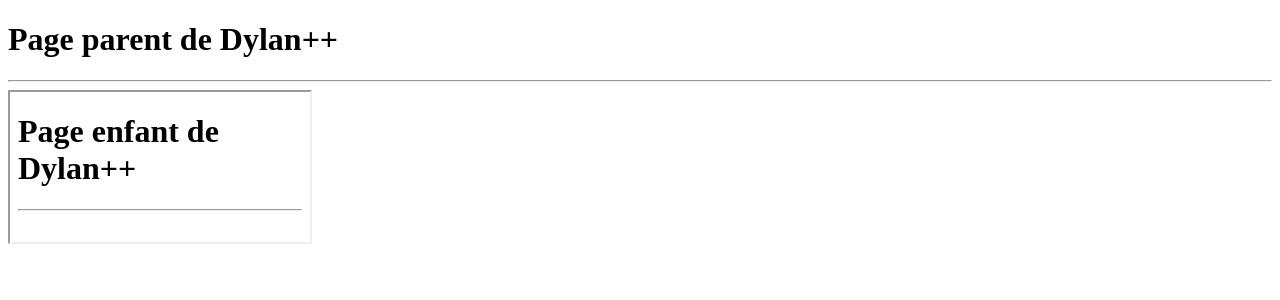
Repository: DylanCahu/cookie
Page: http://localhost/parent.php
An editor plug-in stored every save of this project. The page is shown before and after the next save, followed by the edit.
The browser window is 1280 px wide. The pictures show the whole page.
The page is run by PHP 8.4 with error messages shown; the project is at /var/www/html/.

Above is the page before, as saved 2021-12-10 14:05:33.

### parent.php
<!DOCTYPE html>
<html>
    <head>
        <title>Index Cookies</title>
        <meta charset="utf-8">

    </head>

    <body>
        <h1>Page parent de Dylan++</h1>
        <hr>
        <iframe src="172.16.126.17/enfant.php">
    </body>
</html>

### enfant.php
<!DOCTYPE html>
<html>
    <head>
        <title>Index Cookies</title>
        <meta charset="utf-8">

    </head>

    <body>
        <h1>Page enfant de Dylan++</h1>
        <hr>

    </body>
</html>

After the next save:
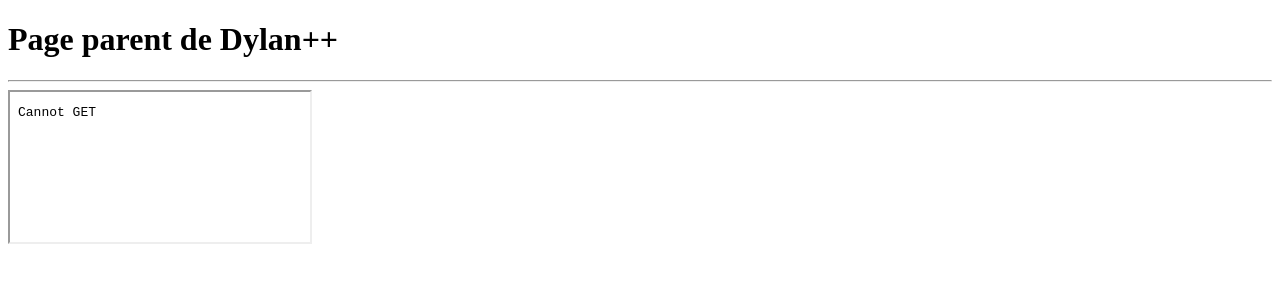
Not found: 172.16.126.17/Cookies/enfant.php
Saved 29 s later.
--- a/parent.php
+++ b/parent.php
@@ -9,6 +9,6 @@
     <body>
         <h1>Page parent de Dylan++</h1>
         <hr>
-        <iframe src="172.16.126.17/enfant.php">
+        <iframe src="172.16.126.17/Cookies/enfant.php">
     </body>
 </html>
